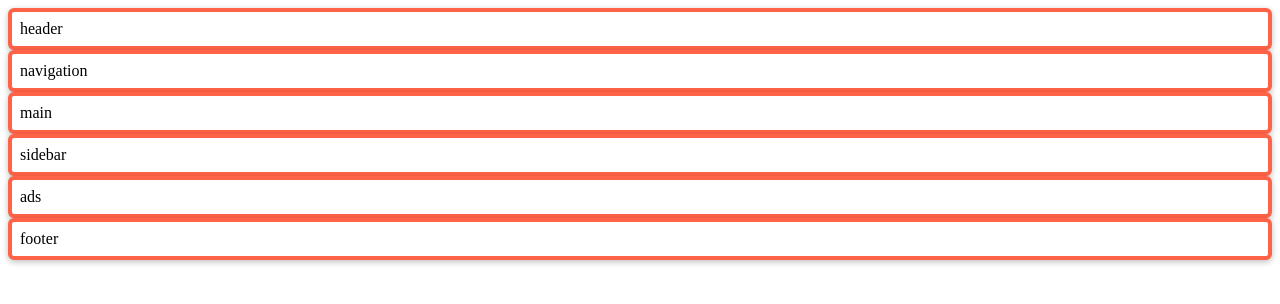
Repository: cokoduwa/css-layouts
Page: grid-exercises/03-page-layout/layout.html
An editor plug-in stored every save of this project. The page is shown before and after the next save, followed by the edit.
The browser window is 1280 px wide. The pictures show the whole page.

Above is the page before, as saved 2022-09-29 21:36:08.

After the next save:
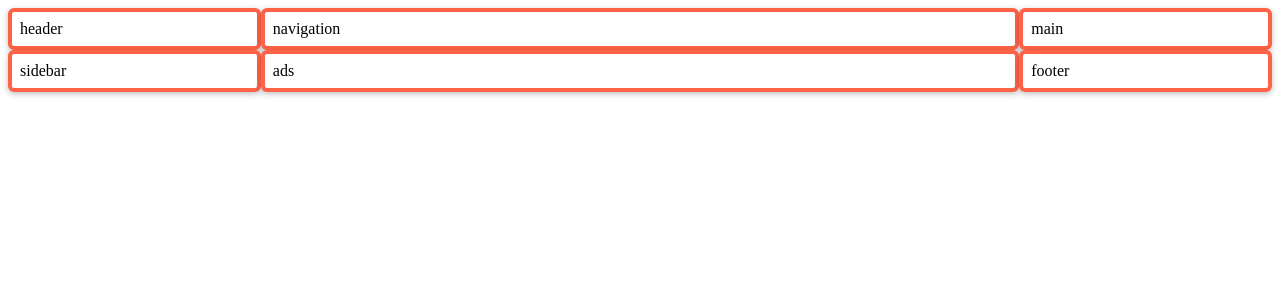
Saved 36 s later.
--- a/grid-exercises/03-page-layout/style.css
+++ b/grid-exercises/03-page-layout/style.css
@@ -8,4 +8,5 @@
 
 .container {
   display: grid;
+  grid-template-columns: 1fr 3fr 1fr;
 }
